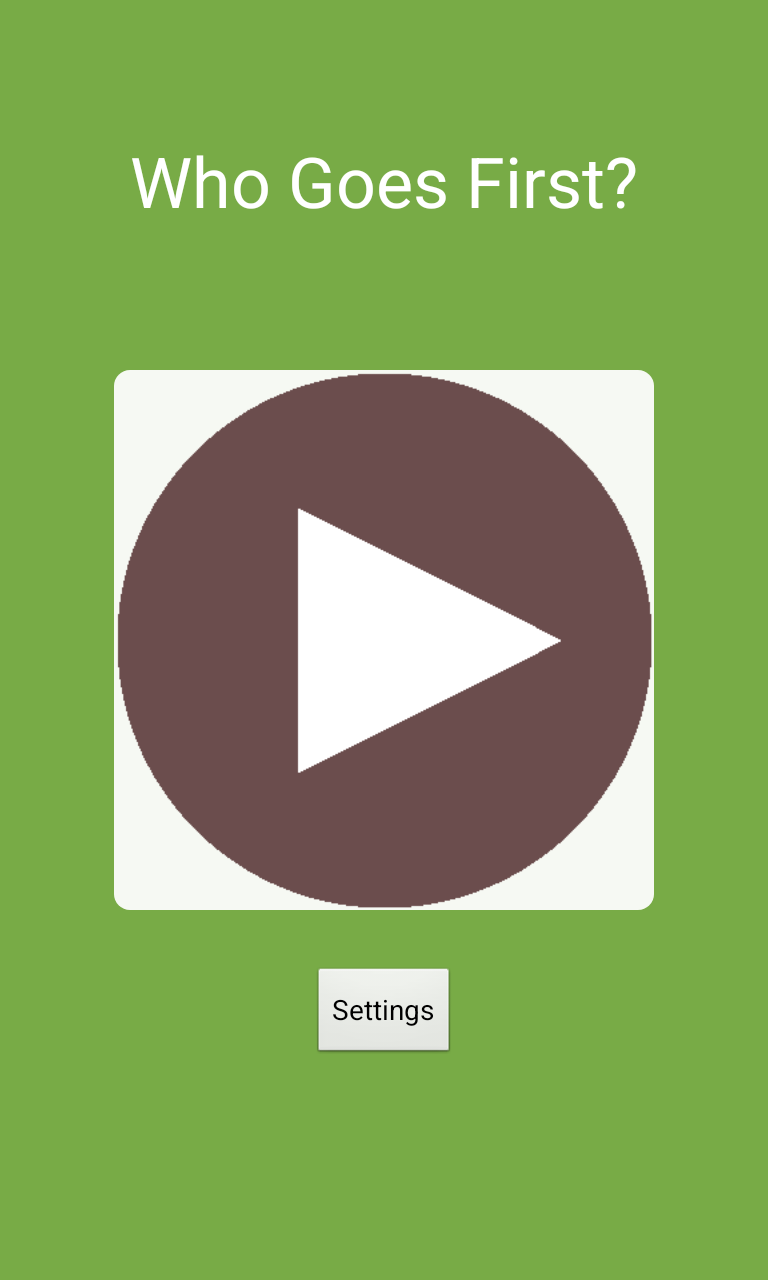
Repository: DarwinLYang/WhoGoesFirstApp
Layout: Who First/WhoFirst/res/layout/fragment_main.xml
These files come from the project's save history. The layout is drawn as it stood at one moment and after the next save; the edit follows.
It is drawn on a 768 x 1280 px phone screen (xhdpi) without system bars, with theme android:Theme.NoTitleBar.Fullscreen; the app's code is not run.

Above is the layout before, as saved 2014-04-11 21:29:26.

After the next save:
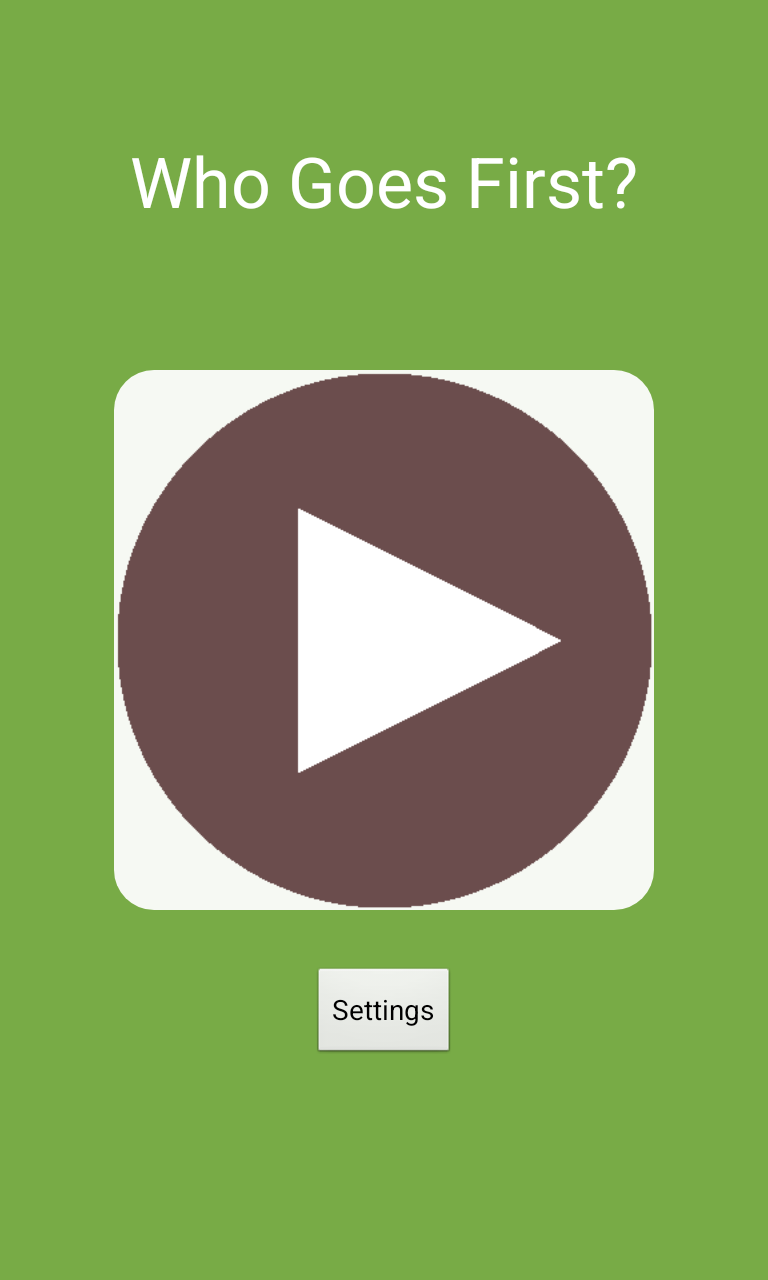
Saved 78 s later.
--- a/Who First/WhoFirst/res/drawable-hdpi/round_button.xml
+++ b/Who First/WhoFirst/res/drawable-hdpi/round_button.xml
@@ -2,8 +2,8 @@
 <shape xmlns:android="http://schemas.android.com/apk/res/android"
 android:shape="rectangle">
     <solid android:color="#eeffffff" />
-    <corners android:bottomRightRadius="8dip"
-        android:bottomLeftRadius="8dip"
-        android:topRightRadius="8dip"
-        android:topLeftRadius="8dip"/>
+    <corners android:bottomRightRadius="20dip"
+        android:bottomLeftRadius="20dip"
+        android:topRightRadius="20dip"
+        android:topLeftRadius="20dip"/>
 </shape>
